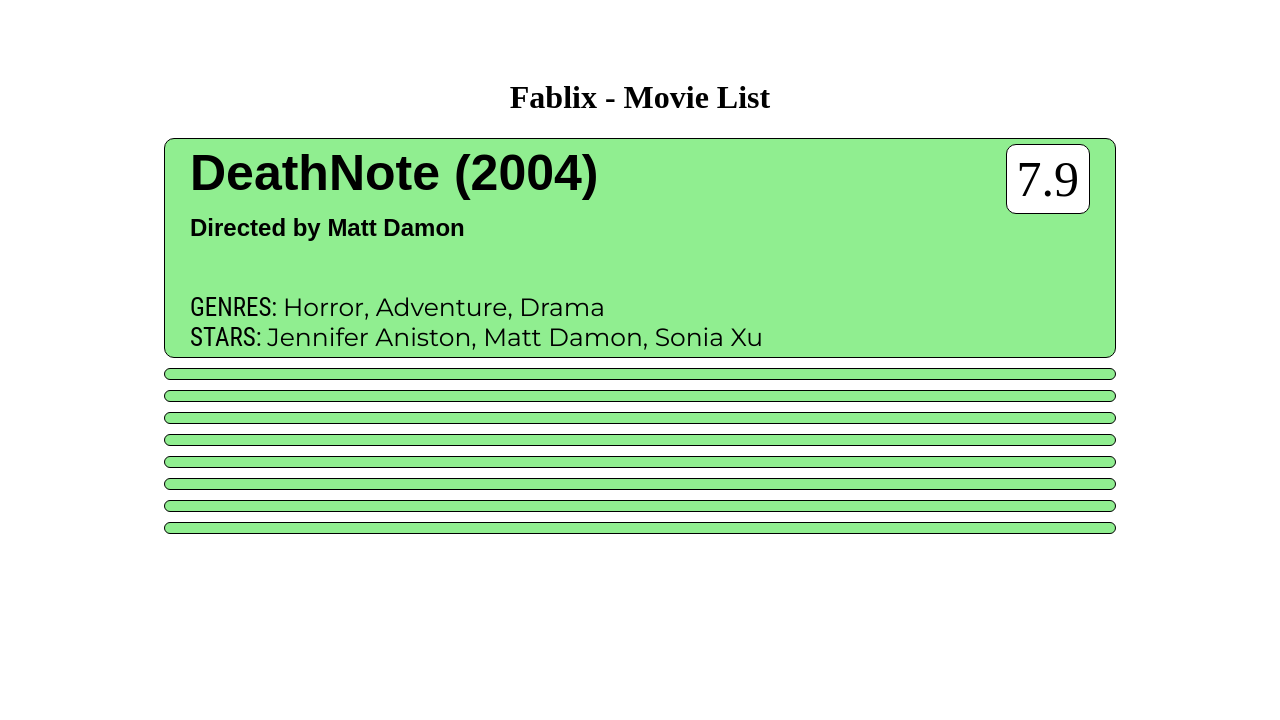
Repository: csumphan/fablix
Page: http://localhost/Project1/
An editor plug-in stored every save of this project. The page is shown before and after the next save, followed by the edit.
The browser window is 1280 px wide. The pictures show the whole page.
Some web fonts or font styles are not loaded; a fallback is used. The page is served by Tomcat 9. Nobody is signed in. The application's start-up code is not run. Other server files are loaded and not shown.

Above is the page before, as saved 2018-01-23 00:31:36.

### Project1/WebContent/index.html
<!DOCTYPE html>
<html>
<head>
<meta charset="UTF-8">
<title>Insert title here</title>
<link href="https://fonts.googleapis.com/css?family=Libre+Franklin|Montserrat|Play|Roboto+Condensed" rel="stylesheet">
<link type="text/css" href="styles.css" rel="stylesheet"/>
</head>
<body>
	<h1>Fablix - Movie List</h1>
	<div id="movie-list-container">
		<div class="movie-item">
			<div class="header-container">
				<h1>DeathNote <span>(2004)</span></h1>
				<div class="rating">7.9</div>
			</div>
			<div class="sub-header-container">
				<h2>Directed by Matt Damon</h2>
			</div>
			<div class="info-container">
				<div class="genres-container">
					GENRES:
					<span class="info-list">Horror, Adventure, Drama</span>
				</div>
				<div class="stars-container">
					STARS: <span class="info-list">Jennifer Aniston, Matt Damon, Sonia Xu</span>
				</div>
			</div>
		</div>
		<div class="movie-item"></div>
		<div class="movie-item"></div>
		<div class="movie-item"></div>
		<div class="movie-item"></div>
		<div class="movie-item"></div>
		<div class="movie-item"></div>
		<div class="movie-item"></div>
		<div class="movie-item"></div>
	</div>
</body>
</html>

### Project1/WebContent/styles.css
body {
	padding: 50px;
	display: flex;
	justify-content: center;
	align-items: center;
	flex-direction: column;
	background-color: white;
}
#movie-list-container {
	width: 1000px;
	display: flex;
	justify-content: center;
	align-items: center;
	flex-direction: column;
}

.movie-item {
	width: 900px;
	border-radius: 10px;
	border: 1px solid black;
	background-color: lightgreen;
	margin-bottom: 10px;
	padding: 5px 25px;
}

.header-container {
	display: flex;
	justify-content: space-between;
}

.header-container > h1 {
	font-family: 'Play', sans-serif;
	margin: 0px;
	font-size: 50px;
}

.sub-header-container > h2 {
	font-family: 'Libre Franklin', sans-serif;
	margin: 0px;
}

.info-container {
	font-family: 'Roboto Condensed', sans-serif;
	font-size: 25px;
	margin-top: 50px;
	display: flex;
	flex-direction: column;
}

.rating {
	font-size: 50px;
	border: 1px solid black;
	padding: 5px 10px;
	border-radius: 10px;
	background-color: white;
}

.genres-container {
	width: 100%;
}

.info-list {
	font-family: 'Montserrat', sans-serif;
	font-size: 25px;
}


.stars-container {
	width: 100%;
}

After the next save:
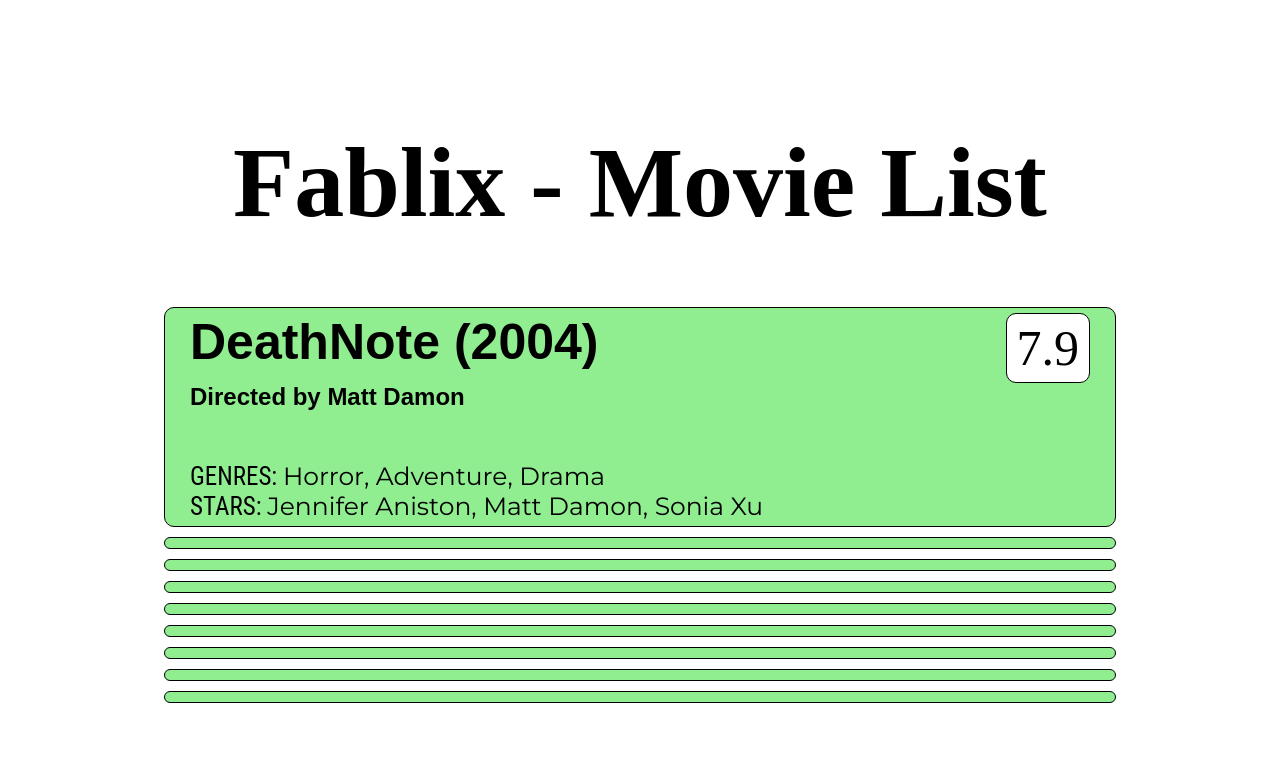
Saved 49 s later.
--- a/Project1/WebContent/styles.css
+++ b/Project1/WebContent/styles.css
@@ -5,6 +5,10 @@
 	align-items: center;
 	flex-direction: column;
 	background-color: white;
+}
+
+body > h1 {
+	font-size: 100px;
 }
 #movie-list-container {
 	width: 1000px;
